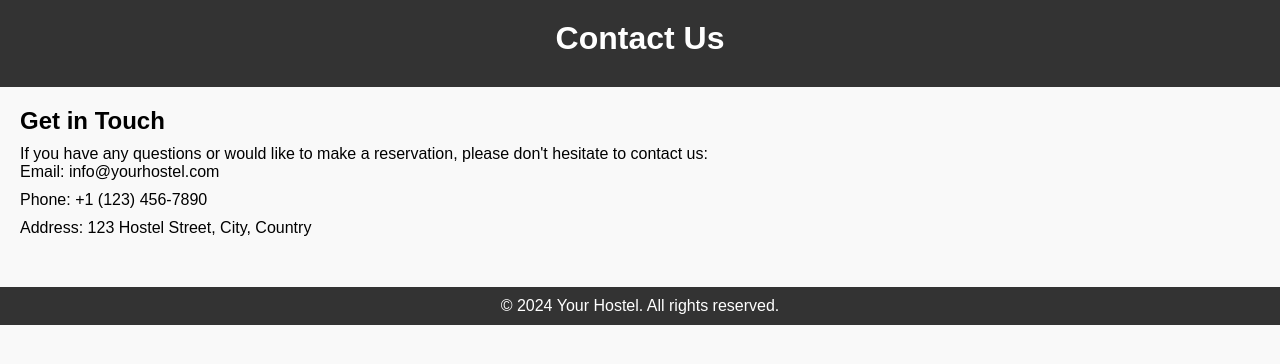
Repository: sivaprasadpk/adavpro
Page: LoginProjecct/src/main/webapp/ContactUs.html
These files come from the project's save history. The page is drawn as it stood at one moment and after the next save; the edit follows.
The browser window is 1280 px wide. The pictures show the whole page.

Above is the page before, as saved 2024-03-14 15:16:50.

After the next save:
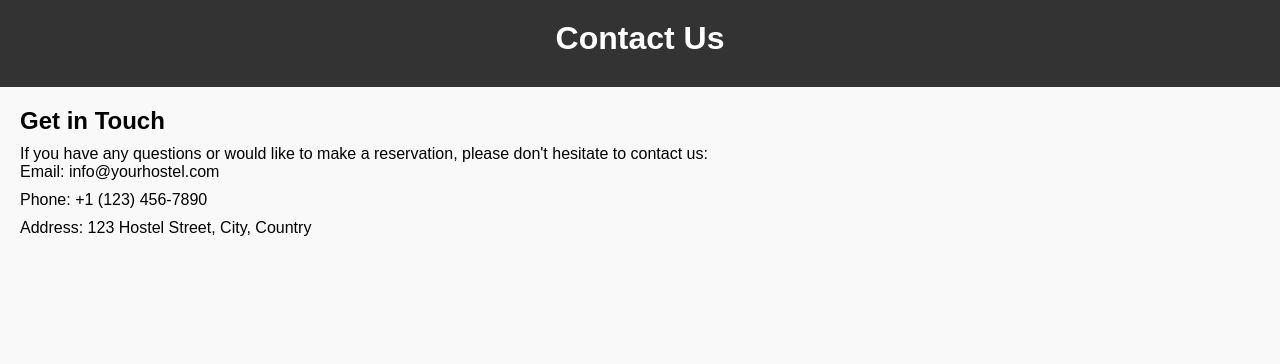
Saved 37 s later.
--- a/LoginProjecct/src/main/webapp/ContactUs.html
+++ b/LoginProjecct/src/main/webapp/ContactUs.html
@@ -83,8 +83,5 @@ a:hover {
             <!-- Add any additional contact information or forms here -->
         </section>
     </main>
-    <footer>
-        <p>&copy; 2024 Your Hostel. All rights reserved.</p>
-    </footer>
 </body>
 </html>
